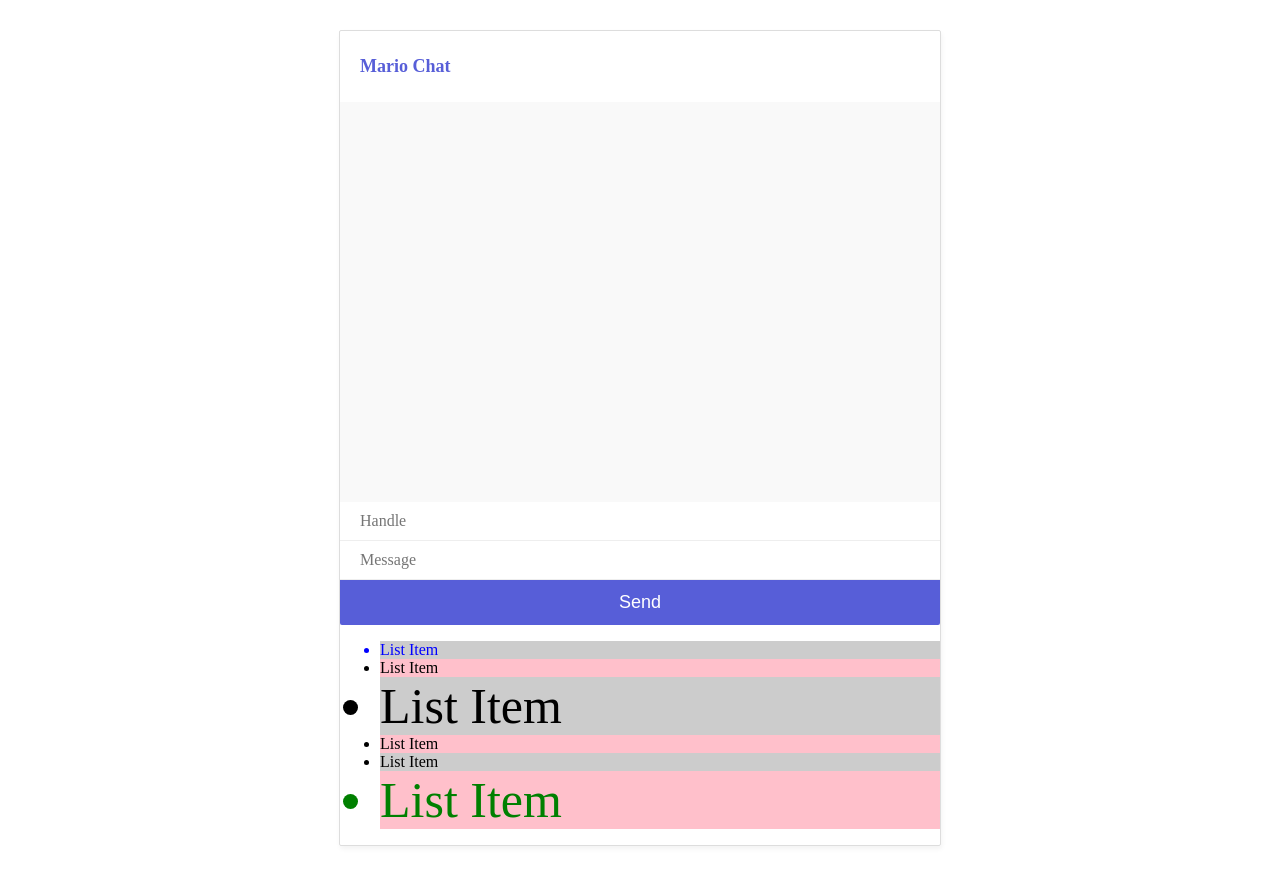
Repository: Promethees/websockets-playlist
Page: public/index.html
The author's editor kept a copy of each file at every save. The page is drawn from the files as they stood at one save, then again after the next save.
The browser window is 1280 px wide. The pictures show the whole page.
The page's requests for data from a server got no answer. Some web libraries are served in a nearby version.

Above is the page before, as saved 2020-09-03 09:20:23.

After the next save:
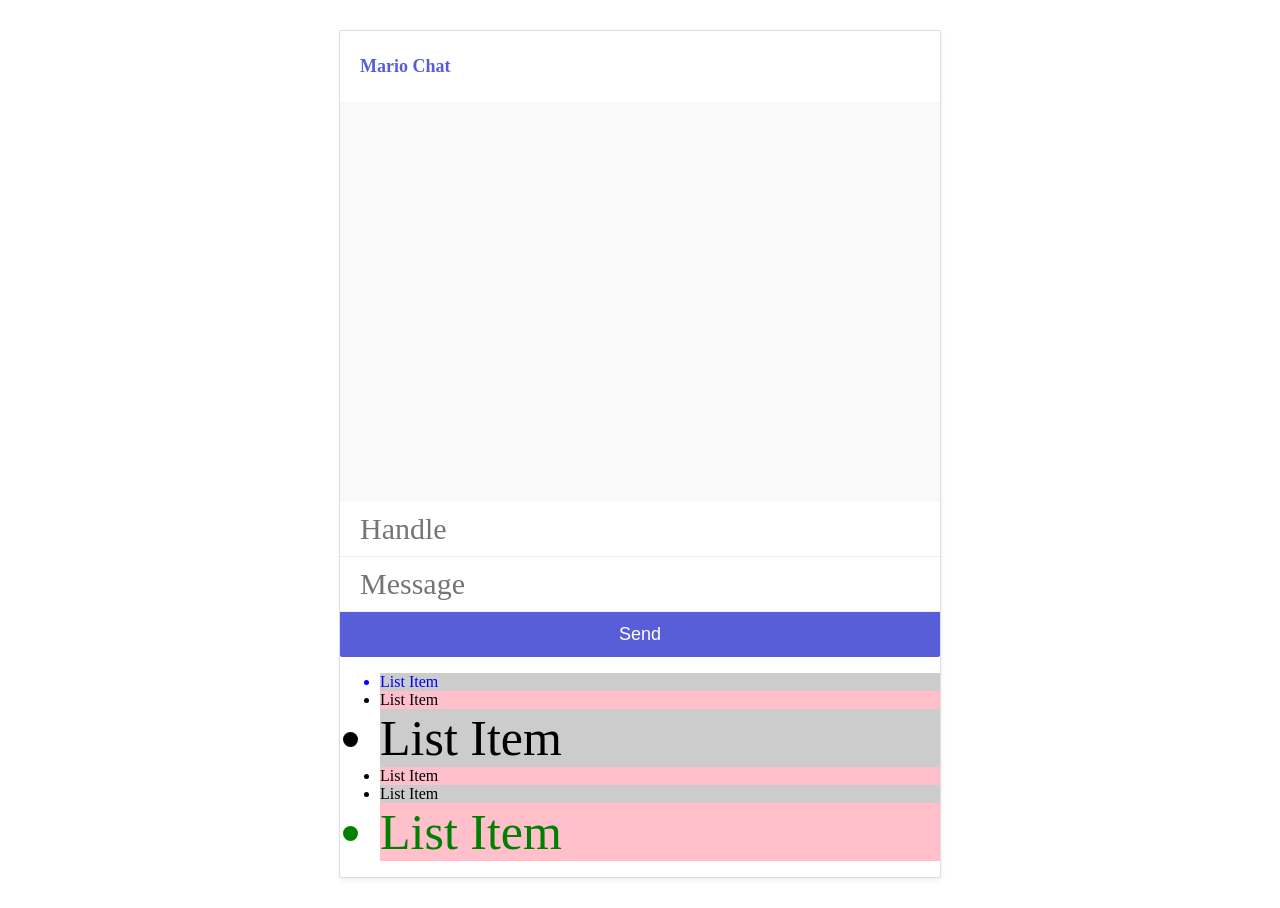
Saved 14 s later.
--- a/public/index.html
+++ b/public/index.html
@@ -36,7 +36,7 @@
             $('ul#list li:odd').css('background-color','pink');
             $('ul#list li:even').css('background-color','#cccccc');
             $('ul#list li:nth-child(3n)').css('font-size','50px'); //For 3,6,9 list items
-            $(':text').css('font-weight','30px');
+            $(':text').css('font-size','30px');
 
 </script>
     </body>
